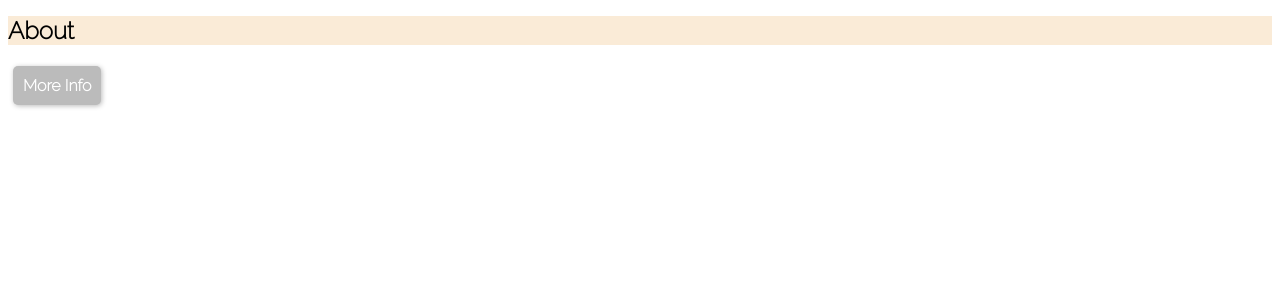
Repository: semileeBCIT/MDIA2109Tut4
Page: /About
These files come from the project's save history. The page is drawn as it stood at one moment and after the next save; the edit follows.
The browser window is 1280 px wide. The pictures show the whole page.
The project was rebuilt for these pictures with package versions that can differ from the ones it lists, and the page was loaded fresh each time. The framework's server and built-in components were replaced by stand-ins that run in the browser. Also part of the build but not shown: next.config.js.

Above is the page before, as saved 2020-04-15 22:30:52.

### pages/_app.js
// import App from 'next/app'
import './app.css';

function MyApp({ Component, pageProps }) {
    return <Component {...pageProps} />
  }

  // Only uncomment this method if you have blocking data requirements for
  // every single page in your application. This disables the ability to
  // perform automatic static optimization, causing every page in your app to
  // be server-side rendered.
  //
  // MyApp.getInitialProps = async (appContext) => {
  //   // calls page's `getInitialProps` and fills `appProps.pageProps`
  //   const appProps = await App.getInitialProps(appContext);
  //
  //   return { ...appProps }
  // }

  export default MyApp

### pages/_document.js
import Document, { Html, Head, Main, NextScript } from 'next/document';

class MyDocument extends Document {
  static async getInitialProps(ctx) {
    const initialProps = await Document.getInitialProps(ctx)
    return { ...initialProps }
  }

  render() {
    return (
      <Html>
        <Head />
        <body>
          <link href="https://fonts.googleapis.com/css2?family=Raleway:wght@200&display=swap" rel="stylesheet"></link>
          <Main />
          <NextScript />
        </body>
      </Html>
    )
  }
}

export default MyDocument

### pages/About/index.js
import {useEffect} from 'react';
import './about.css';
import CustomButton from '../../comps/CustomButton';
import Header from '../../comps/Header';

const About = () => {
    useEffect(()=>{
        setTimeout(()=>{
            document.querySelector("#aboutpage").style.left = 0;
        }, 50)

    }, []);

    return <div id="aboutpage">
    <Header text="About" fontSize={24}/>
    <CustomButton text='More Info' color='#BBB' />

</div>
}

export default About;

### pages/app.css
*{
    font-family: 'Raleway', sans-serif;
}

### pages/About/about.css
#aboutpage {
    position: relative;
    left:-100%;
    transition: left 1s;
}

### comps/CustomButton/index.js
import React, {useState, useEffect} from 'react';
import './cb.css';


//Made the UI
const CustomButton = ({text, color, onClick}) => <div
    style={{backgroundColor:color, boxShadow:"1px 1px 5px " + color}}
    className="custom_button_box"
    onClick={onClick}
    >
    <div className="custom_button_box_inner">
        {text}
    </div>
</div>

CustomButton.defaultProps = {
    text:"Default Button",
    color:"#DAB",
    onClick:ButtonClick
}

export default CustomButton;

function ButtonClick(){
    // alert("Clicked");
    //document.query...style.width = "100px";
}

### comps/Header/index.js
//use the same component to change the fontSize
//change the text color of the header
//change the onMouseOver

import React from 'react';
import './header.css';

const Header = ({text,fontSize, color}) => <div
    style={{color:color, fontSize:fontSize }}
    className='header'
    >
    <h1 style={{fontSize:fontSize}}>{text}</h1>
</div>

function MouseOver(){
    alert("mouse is over");
}

Header.defaultProps = {
    fontSize:12,
    color:"#000",
    onMouseOver:MouseOver,
    text:"Header"
}

export default Header;

### comps/CustomButton/cb.css
.custom_button_box {
    display: inline-flex;
    border-radius: 5px;
    padding: 10px;
    font-weight: bolder;
    color:#fff;
    cursor: pointer;
    box-shadow:1px 1px 5px #dab;
    margin:5px;
}

.custom_button_box:active{
    background-color:#999;
}

.custom_button_box_inner::selection {
    background:none;
    color:none;
}

### comps/Header/header.css
.header{
    background-color: antiquewhite;
    font-size: 16px;
}

After the next save:
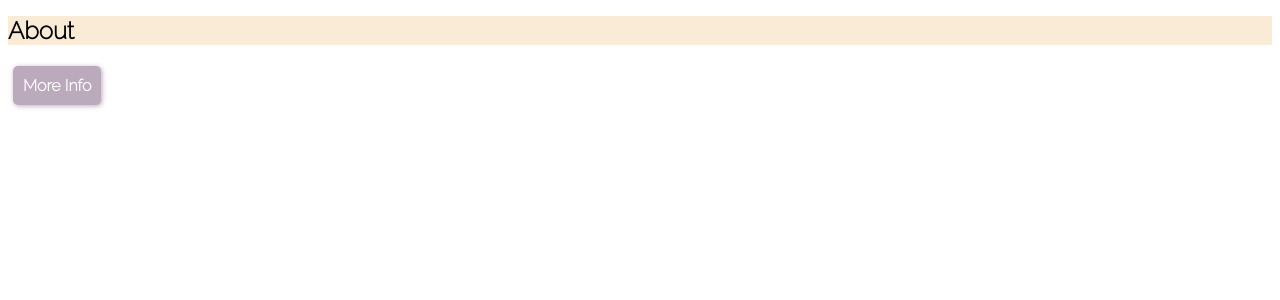
Saved 2 min 28 s later.
--- a/pages/About/index.js
+++ b/pages/About/index.js
@@ -13,7 +13,7 @@ const About = () => {
 
     return <div id="aboutpage">
     <Header text="About" fontSize={24}/>
-    <CustomButton text='More Info' color='#BBB' />
+    <CustomButton text='More Info' color='#BAB' />
 
 </div>
 }
